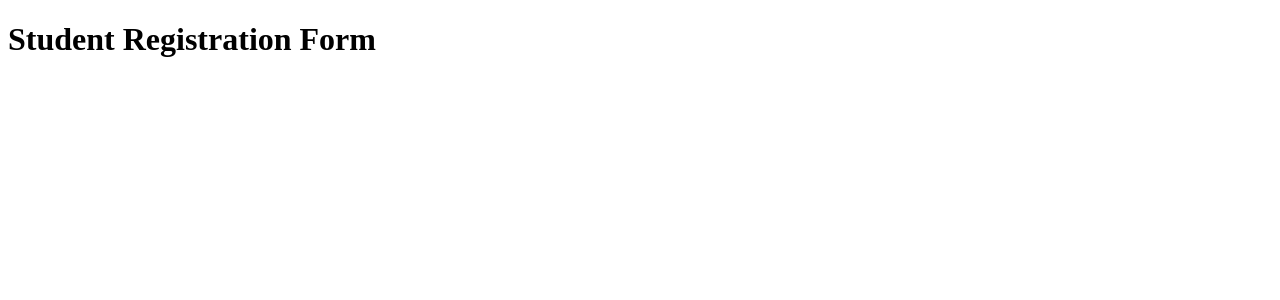
Repository: anik3395/JavaServletProjects
Page: eclipse-workspace/StudentRegistrationSystem/src/main/webapp/registration.html
An editor plug-in stored every save of this project. The page is shown before and after the next save, followed by the edit.
The browser window is 1280 px wide. The pictures show the whole page.

Above is the page before, as saved 2024-10-22 12:22:26.

### eclipse-workspace/StudentRegistrationSystem/src/main/webapp/registration.html
<!DOCTYPE html>
<html>
<head>
<meta charset="UTF-8">
<title>Student Registration Form</title>
</head>
<body>

<h1>Student Registration Form</h1>

</body>
</html>

After the next save:
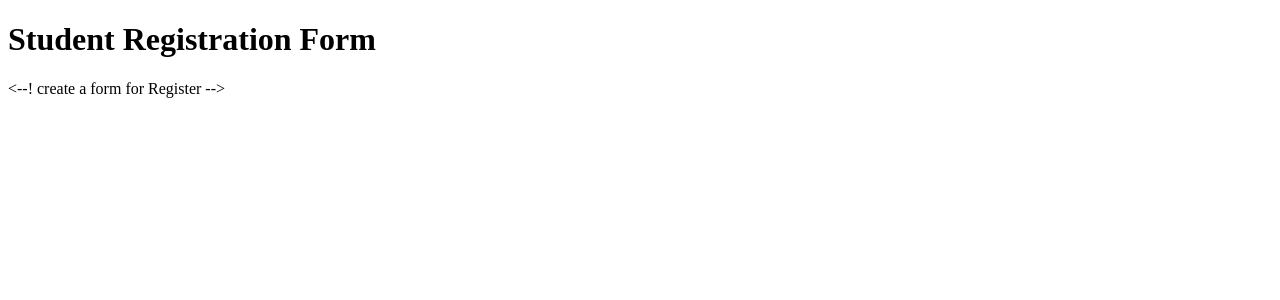
Saved 3 min 13 s later.
--- a/eclipse-workspace/StudentRegistrationSystem/src/main/webapp/registration.html
+++ b/eclipse-workspace/StudentRegistrationSystem/src/main/webapp/registration.html
@@ -8,5 +8,11 @@
 
 <h1>Student Registration Form</h1>
 
+ <--! create a form for Register -->
+<form action="register" method="post">
+
+
+</form>
+
 </body>
 </html>
